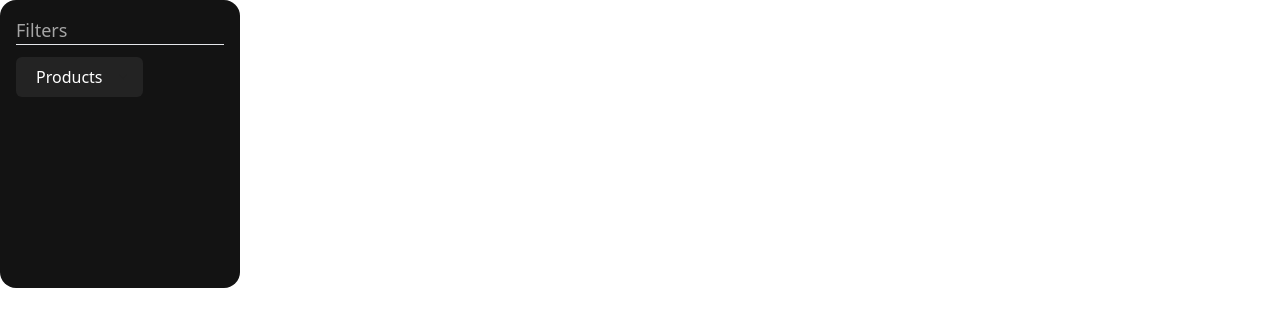
Repository: SayedJamil/Edvora-app
Page: /leftcard
These files come from the project's save history. The page is drawn as it stood at one moment and after the next save; the edit follows.
The browser window is 1280 px wide. The pictures show the whole page.
The project was rebuilt for these pictures with package versions that can differ from the ones it lists, and the page was loaded fresh each time. The framework's server and built-in components were replaced by stand-ins that run in the browser. Also part of the build but not shown: next.config.js.

Above is the page before, as saved 2021-12-19 16:08:15.

After the next save:
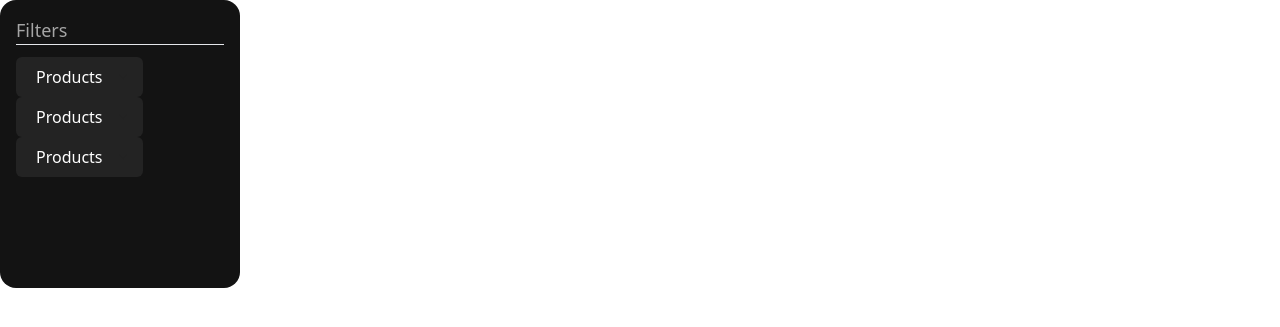
Saved 88 s later.
--- a/pages/leftcard.js
+++ b/pages/leftcard.js
@@ -3,6 +3,22 @@ function leftcard() {
         <div className="h-72 w-60 bg-[#131313] rounded-2xl p-4">
             <h3 className="text-[#A5A5A5] font-light text-lg">Filters</h3>
             <div className="w-full bg-gray-200 h-px mb-3"></div>
+            <div class="relative inline-flex">
+                <svg class="w-2 h-2 absolute top-0 right-0 m-4 pointer-events-none" xmlns="http://www.w3.org/2000/svg" viewBox="0 0 412 232"><path d="M206 171.144L42.678 7.822c-9.763-9.763-25.592-9.763-35.355 0-9.763 9.764-9.763 25.592 0 35.355l181 181c4.88 4.882 11.279 7.323 17.677 7.323s12.796-2.441 17.678-7.322l181-181c9.763-9.764 9.763-25.592 0-35.355-9.763-9.763-25.592-9.763-35.355 0L206 171.144z" fill="#232323" fill-rule="nonzero" /></svg>
+                <select class="rounded-md h-10 pl-5 pr-10 bg-[#232323] hover:border-[#232323] focus:outline-none appearance-none outline-none text-white w-full">
+                    <option>Products </option>
+                    <option>Red</option>
+                    <option>Blue</option>
+                </select>
+            </div>
+            <div class="relative inline-flex">
+                <svg class="w-2 h-2 absolute top-0 right-0 m-4 pointer-events-none" xmlns="http://www.w3.org/2000/svg" viewBox="0 0 412 232"><path d="M206 171.144L42.678 7.822c-9.763-9.763-25.592-9.763-35.355 0-9.763 9.764-9.763 25.592 0 35.355l181 181c4.88 4.882 11.279 7.323 17.677 7.323s12.796-2.441 17.678-7.322l181-181c9.763-9.764 9.763-25.592 0-35.355-9.763-9.763-25.592-9.763-35.355 0L206 171.144z" fill="#232323" fill-rule="nonzero" /></svg>
+                <select class="rounded-md h-10 pl-5 pr-10 bg-[#232323] hover:border-[#232323] focus:outline-none appearance-none outline-none text-white w-full">
+                    <option>Products </option>
+                    <option>Red</option>
+                    <option>Blue</option>
+                </select>
+            </div>
             <div class="relative inline-flex">
                 <svg class="w-2 h-2 absolute top-0 right-0 m-4 pointer-events-none" xmlns="http://www.w3.org/2000/svg" viewBox="0 0 412 232"><path d="M206 171.144L42.678 7.822c-9.763-9.763-25.592-9.763-35.355 0-9.763 9.764-9.763 25.592 0 35.355l181 181c4.88 4.882 11.279 7.323 17.677 7.323s12.796-2.441 17.678-7.322l181-181c9.763-9.764 9.763-25.592 0-35.355-9.763-9.763-25.592-9.763-35.355 0L206 171.144z" fill="#232323" fill-rule="nonzero" /></svg>
                 <select class="rounded-md h-10 pl-5 pr-10 bg-[#232323] hover:border-[#232323] focus:outline-none appearance-none outline-none text-white w-full">
